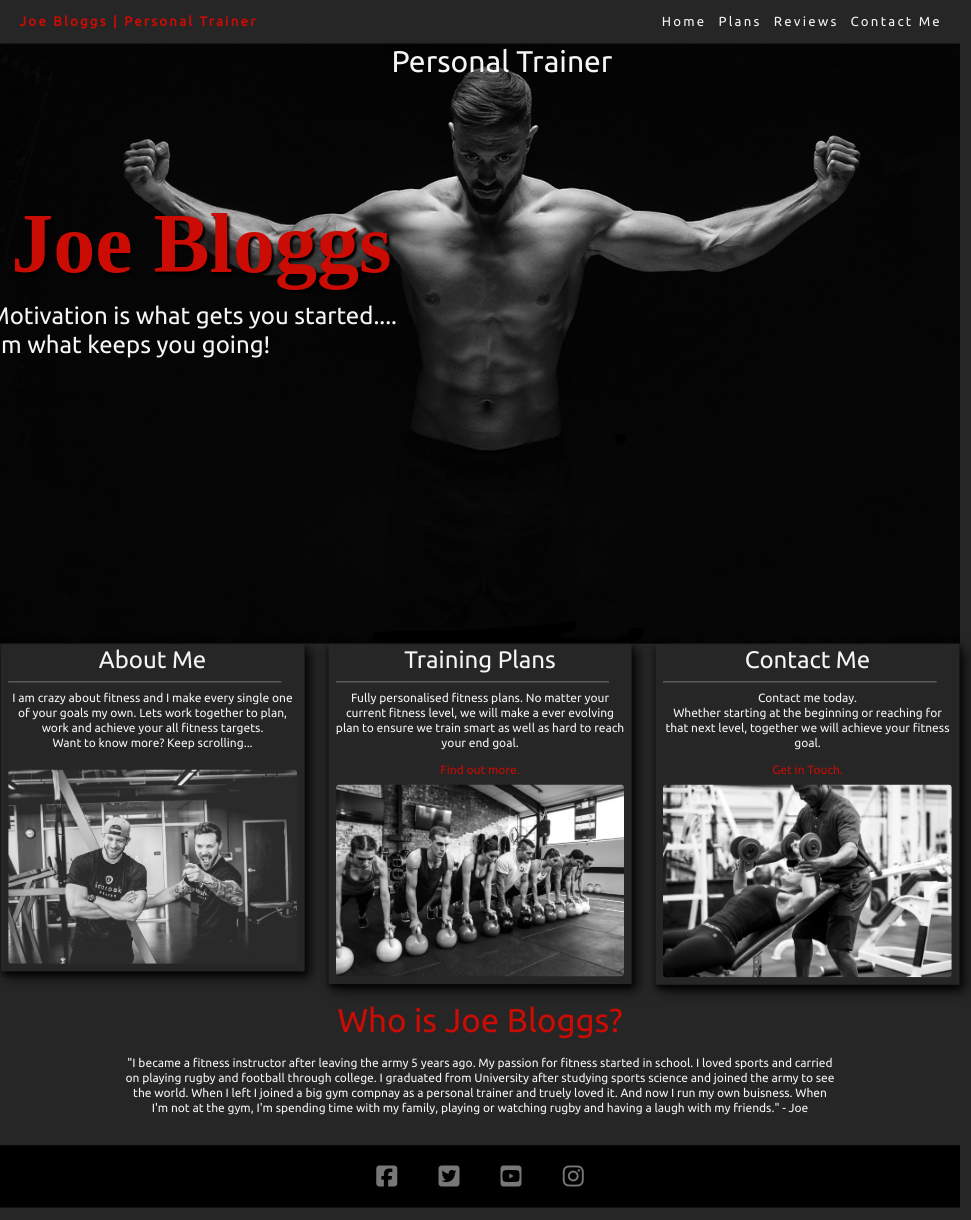
Repository: ClaireRoberts1403/Joe-Bloggs-Personal-Trainer
Page: index.html
The author's editor kept a record of every edit. The page is drawn from the files as they stood at one moment, then again after the next edit.
The browser window is 1280 px wide. The page is 1295 px wide, so the pictures cover 1295 px, including what lies to the right of the window. The pictures show the whole page, at 75% of full size.
Some web fonts or font styles are not loaded; a fallback is used. Some web libraries are served in a nearby version.

Above is the page before.
Console error: TypeError: Cannot read properties of undefined (reading 'fn')

After the next edit:
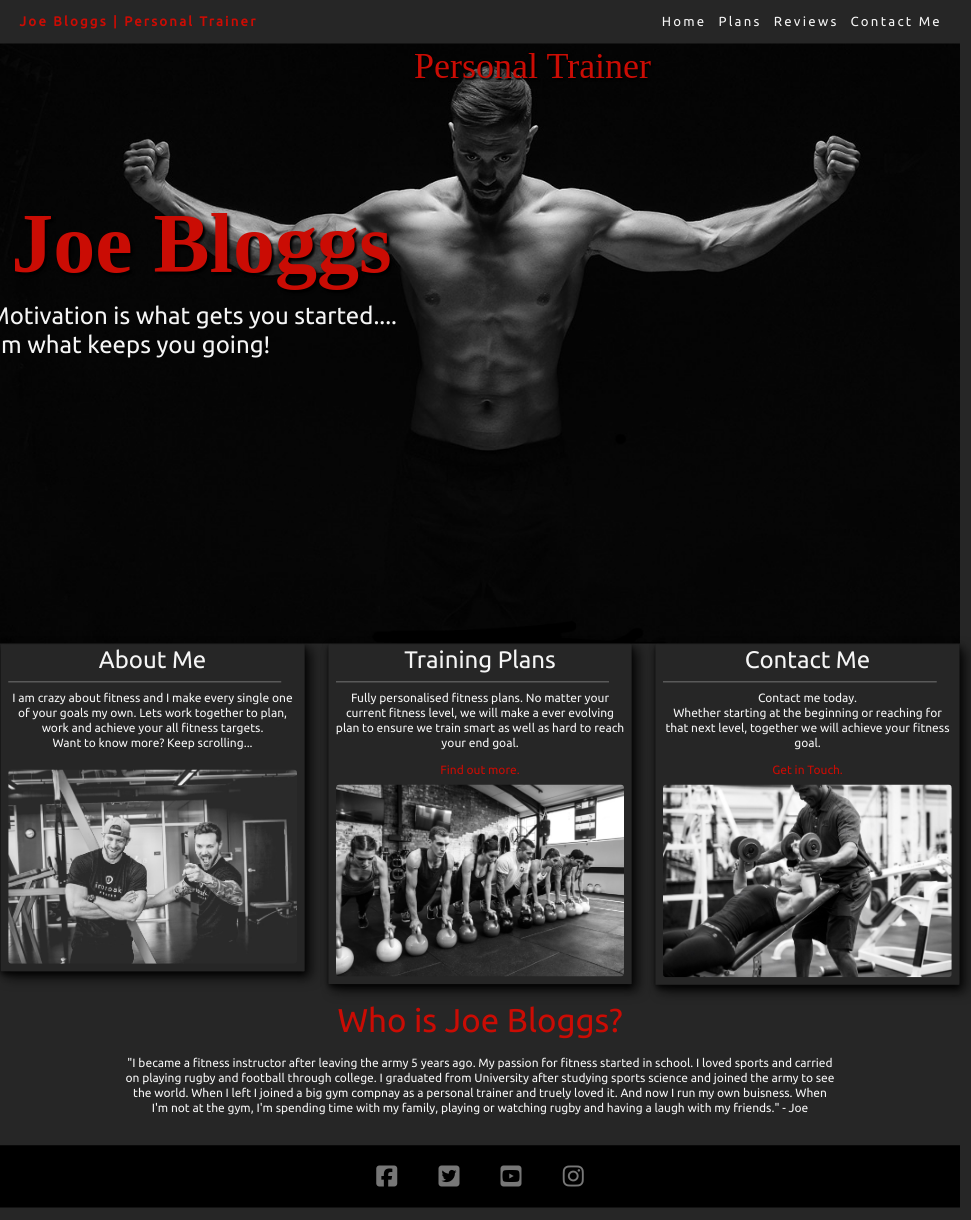
The edit:
--- a/index.html
+++ b/index.html
@@ -45,7 +45,7 @@
 		<div class="row">
 			<h1 class="hero-name">
 				Joe Bloggs </h1>
-			<h1 id="hero-title">
+			<h1 class="hero-title">
 				Personal Trainer</h1>
 			<h2 id="hero-quote">
 				Motivation is what gets you started....<br> I'm what keeps you going!
